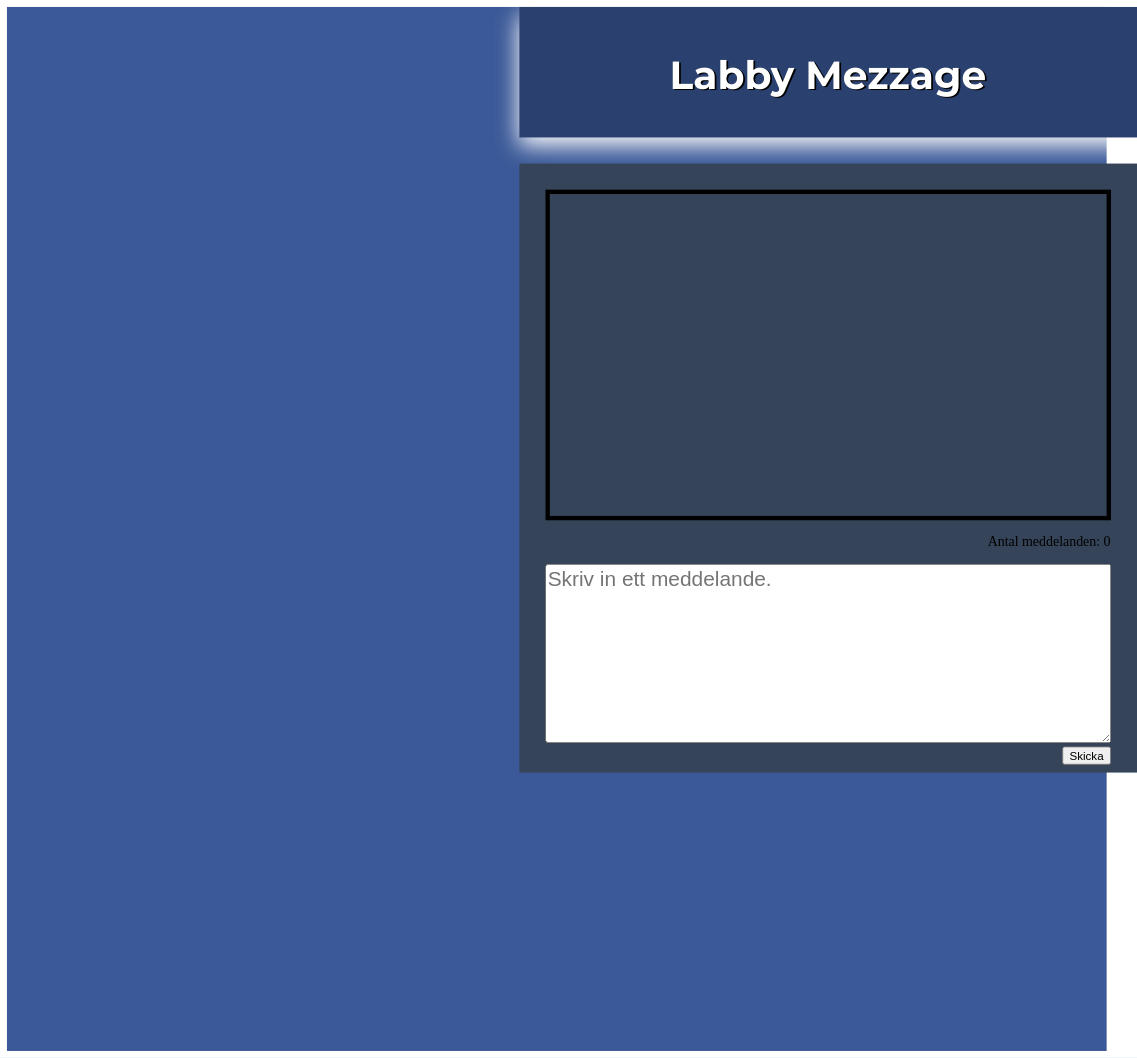
Repository: lw222gz/1dv403-laborationer-lw222gz
Page: 2-labbymezzage/index.html
The author's editor kept a record of every edit. The page is drawn from the files as they stood at one moment, then again after the next edit.
The browser window is 1280 px wide. The page is 1307 px wide, so the pictures cover 1307 px, including what lies to the right of the window. The pictures show the whole page, at 87% of full size.

Above is the page before.

After the next edit:
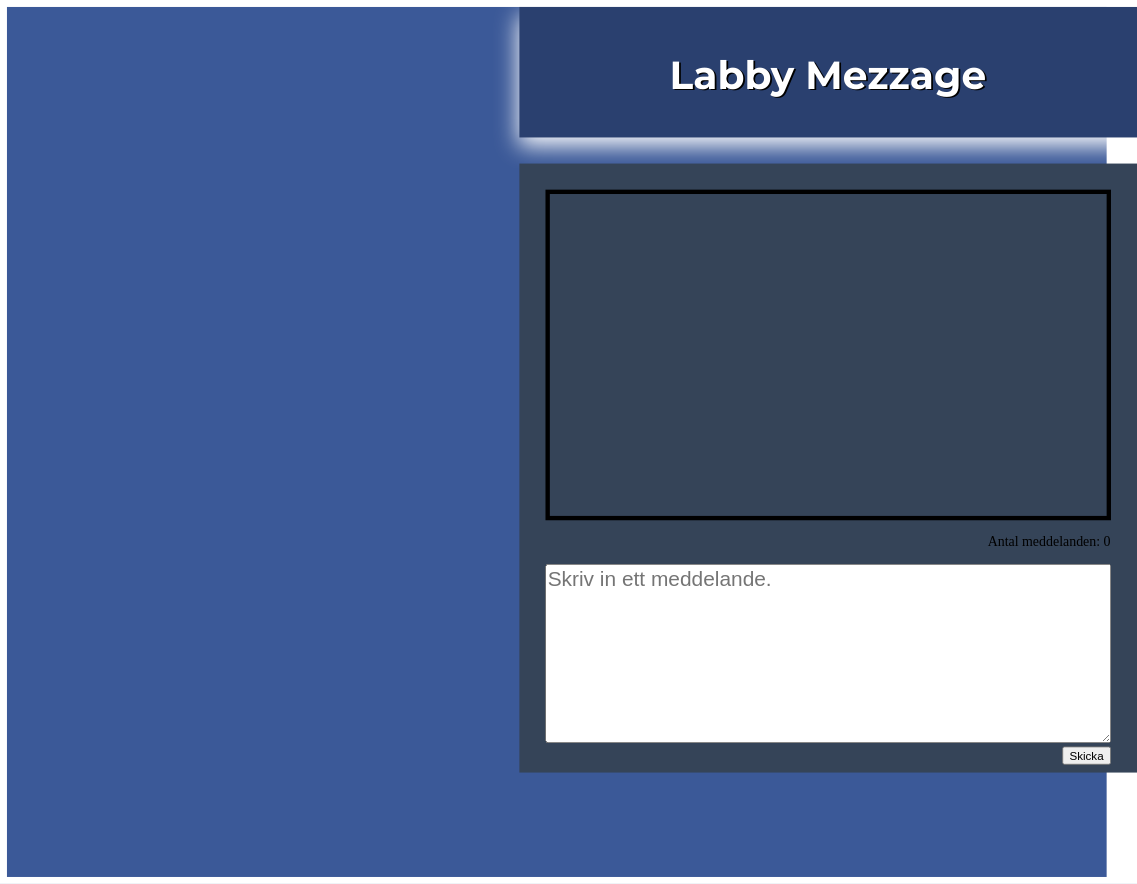
The edit:
--- a/2-labbymezzage/style.css
+++ b/2-labbymezzage/style.css
@@ -1,7 +1,7 @@
 #container
     {
-    min-height:1200px;
-    height:auto;
+
+    height:1000px;
     width:auto;
     background-color:#3B5998;
     margin:0 auto;
